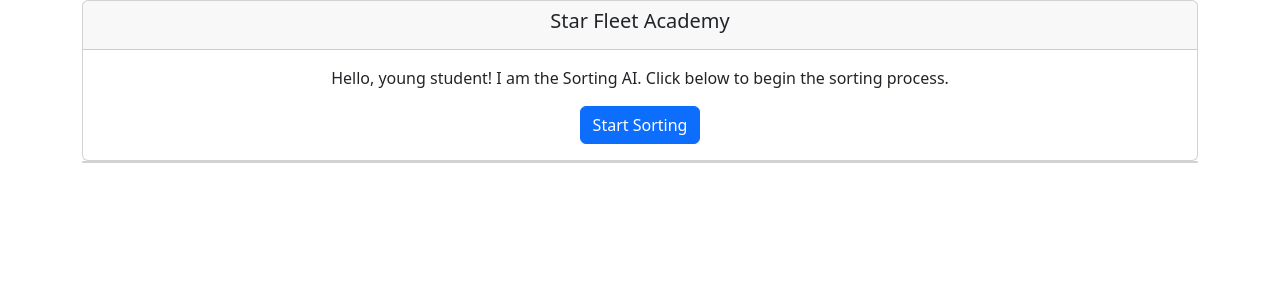
Repository: PaulPatterson48/ASSIGNMENT-StarFleet_academy
Page: index.html
An editor plug-in stored every save of this project. The page is shown before and after the next save, followed by the edit.
The browser window is 1280 px wide. The pictures show the whole page.

Above is the page before, as saved 2023-08-06 13:22:08.

### index.html
<!DOCTYPE html>
<html lang="en">
<head>
  <meta charset="UTF-8">
  <meta name="viewport" content="width=device-width, initial-scale=1.0">
  <title>Document</title>
  <link href="https://cdn.jsdelivr.net/npm/bootstrap@5.3.0/dist/css/bootstrap.min.css" rel="stylesheet" integrity="sha384-9ndCyUaIbzAi2FUVXJi0CjmCapSmO7SnpJef0486qhLnuZ2cdeRhO02iuK6FUUVM" crossorigin="anonymous">
  <link rel="stylesheet" href="main.css">
</head>
<body>
  <div filter button></div>
  <div class="container">
    <div id="sortingCadetCard" class="card text-center">
      <div class="card-header">
        <h5>Star Fleet Academy</h5>
      </div>
      <div class="card-body">
        <p>Hello, young student! I am the Sorting AI. Click below to begin the sorting process.</p>

        <button id="startSortingBtn" class="btn btn-primary">Start Sorting</button>
      </div>
      </div>
    </div>

    <div id="sortingForm" class="card text-center d-none">

      </div>
    </div>
    <div class="container">
      <!-- Sorting Hat Card -->
      <div class="card" id="sortingHatCard">
        <!-- ... Sorting Hat Card content ... -->
      </div>

      <!-- Student Sorting Form (Hidden by default) -->
      <div class="card mt-3" id="sortingFormCard" style="display: none;">
        <!-- ... Sorting Form Card content ... -->
        <div class="card-header">
          <h5>Student Sorting</h5>
        </div>
        <div class="card-body">
          <form id="studentForm">
            <div class="form-group">
              <label for="studentName">Student Name:</label>
              <input type="text" class="form-control" id="studentName" required>
            </div>

            <button id="sortStudentBtn" type="submit" class="btn btn-primary">Sort</button>
          </form>
      </div>

      <!-- Sorted Students Card (Generated dynamically) -->
      <div class="card mt-3" id="sortedStudentsCard">
        <!-- ... Sorted Students Card content ... -->
        <div id="sortedStudentsList"></div>
      </div>

      <!-- Moldy Voldy's Army (Generated dynamically) -->
      <div class="card mt-3" id="expelledStudentsCard">
        <!-- ... Expelled Students Card content ... -->
        <div id="expelledStudentsList"></div>
      </div>
    </div>


    <div id="sortedStudents" class="mt-4"></div>
    <script src="https://cdn.jsdelivr.net/npm/bootstrap@5.1.3/dist/js/bootstrap.bundle.min.js" integrity="sha384-ka7Sk0Gln4gmtz2MlQnikT1wXgYsOg+OMhuP+IlRH9sENBO0LRn5q+8nbTov4+1p" crossorigin="anonymous"></script>
    <script src="main.js"></script>
  </div>

</body>
</html>

### main.js
const starship = [
  {
    id:1,
    title: "enterprise",
    imageUrl: "/Users/paulpatterson/workspace/foundations/inclass/ASSIGNMENT-StarFleet-Academy/images/EnterpriseA.png",
    shipClass: "Constitution-class",
    message:"Congrats, you're on the Enterprise!",
    cadet: "",
    onboard: true
  },
  {
    id: 2,
    title:"voyager",
    imageUrl: "/Users/paulpatterson/workspace/foundations/inclass/ASSIGNMENT-StarFleet-Academy/images//image/Voyager.png",
    shipClass: "Intrepid-class",
    message:"Congrats, you're on the Voyager" ,
    cadet: "",
    onboard: true
  },
  {
    id: 3,
    title: "excalibur",
    imageUrl: "/Users/paulpatterson/workspace/foundations/inclass/ASSIGNMENT-StarFleet-Academy/images//image/USSExcalibur.png",
    shipClass: "Ambassador-class",
    message:"Congrats, you're Excalibur"  ,
    cadet: "",
    onboard: true
  },
  {
    id: 4,
    title: "excelsior",
    imageUrl: "/Users/paulpatterson/workspace/foundations/inclass/ASSIGNMENT-StarFleet-Academy/images//image/USSExcelsior.png",
    shipClass: "Excelsior-class",
    message:"Congrats, you're on Excelsior!" ,
    cadet: "",
    onboard: true
  },
  {
    id:5,
    title: "birdofprey",
    imageUrl: "/Users/paulpatterson/workspace/foundations/inclass/ASSIGNMENT-StarFleet-Academy/images//image/KlingonBirdOfPrey.png",
    shipClass: "B'rel-class",
    message:"Today is a good day to die",
    cadet: "",
    onboard: false
  }
];
//Array to store sorted students
const students = [];

//Array for Expelled Students
const expelledStudents = [];

function shuffleShips() {
  return selection = starship[Math.floor(Math.random() * starship.length)]

}



// Function to sort a student
function sortStudent(e) {
  e.preventDefault();
  const studentName = document.getElementById('studentName').value;
  const ships = shuffleShips();
  const randomShip= selection[1];



  // Add the student to the array of sorted students
  students.push({ name: studentName, ships: ships.title, message: ships.message});

  // Clear the form
  document.getElementById('studentForm').reset(); //found reset on https://www.w3schools.com/jsref/met_form_reset.asp

  // Display the sorted student cards
  displaySortedStudents();
}

// Function to display sorted students
function displaySortedStudents() {
  const sortedStudentsDiv = document.getElementById('sortedStudents');
  sortedStudentsDiv.innerHTML = '';

  students.forEach((student, index) => {
    const cardDiv = document.createElement('div');
    cardDiv.classList.add('card', 'text-center', 'mb-3');
    cardDiv.innerHTML = `
      <div class="card-body">
      <image
        <img src="${starship.imageUrl}" class = "card-img-top">
        <h5 class="card-title">${student.name}</h5>
        <p class="card-text">Ship: ${student.ships}</p>
        <p class="card-text">Message: ${student.message}</p>
        <button class="btn btn-danger" onclick="expelStudent(${index})">Expel</button>
      </div>
    `;
    sortedStudentsDiv.appendChild(cardDiv);
  });
}
//UPDATE / Expelled Students
const toggleCart = (e) => {
  if (e.target.id.includes("btn-danger")) {
    const [,id] = e.target.id.split('')
    const index = starship.findIndex(i => i.id === Number(id))

    starship[index].onboard = !starship[index].onboard
    renderCards(starship);
  }
}

const expelFilter = (e) =>{
  if(e.target.id.includes('expel')){
    const expel = starship.filter(ship => ship.onboard);
    renderCards(expel);
  }
}

//Filter Button Row
const filterButtons = () => {
  const domString = `
  <div class="d-flex flex-wrap justify-content-between mb-3">
  <button class="btn btn-secondary btn-lg buttonRow" id="all">all</button>
  <button class="btn btn-secondary btn-lg buttonRow" id="enterprise">Enterprise</button>
  <button class="btn btn-secondary btn-lg buttonRow" id="voyager">Voyager</button>
  <button class="btn btn-secondary btn-lg buttonRow" id="excalibur">Excalibur</button>
  <button class="btn btn-secondary btn-lg buttonRow" id="excelsior">Excelsior</button>
  </div>
  `;
  renderToDom('#filterContainer',domString);
};

// Function to expel a student
function expelStudent(index) {
  students.splice(index, 4);
  displaySortedStudents();
}

// Event listeners

document.getElementById('startSortingBtn').addEventListener('click', function() {
  document.getElementById('sortingCadetCard').classList.add('d-none');
  document.getElementById('sortingForm').classList.remove('d-none');
});

document.getElementById('studentForm').addEventListener('submit', sortStudent);

const startApp = () => {
  //document.getElementById('btnRow').addEventListener('click', buttonFilter)
};
startApp();

Loaded but not shown: main.css (no copy from this time; the picture is the same without it)

After the next save:
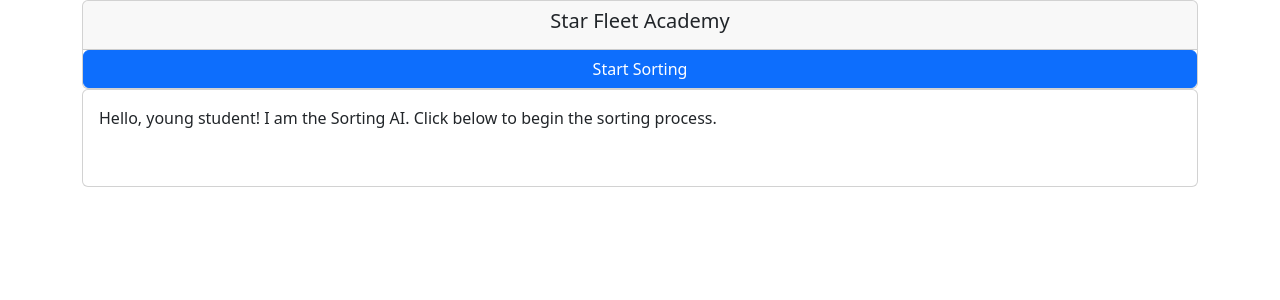
Saved 92 s later.
--- a/index.html
+++ b/index.html
@@ -14,8 +14,7 @@
       <div class="card-header">
         <h5>Star Fleet Academy</h5>
       </div>
-      <div class="card-body">
-        <p>Hello, young student! I am the Sorting AI. Click below to begin the sorting process.</p>
+
 
         <button id="startSortingBtn" class="btn btn-primary">Start Sorting</button>
       </div>
@@ -30,6 +29,8 @@
       <!-- Sorting Hat Card -->
       <div class="card" id="sortingHatCard">
         <!-- ... Sorting Hat Card content ... -->
+        <div class="card-body">
+          <p>Hello, young student! I am the Sorting AI. Click below to begin the sorting process.</p>
       </div>
 
       <!-- Student Sorting Form (Hidden by default) -->

After the save that followed:
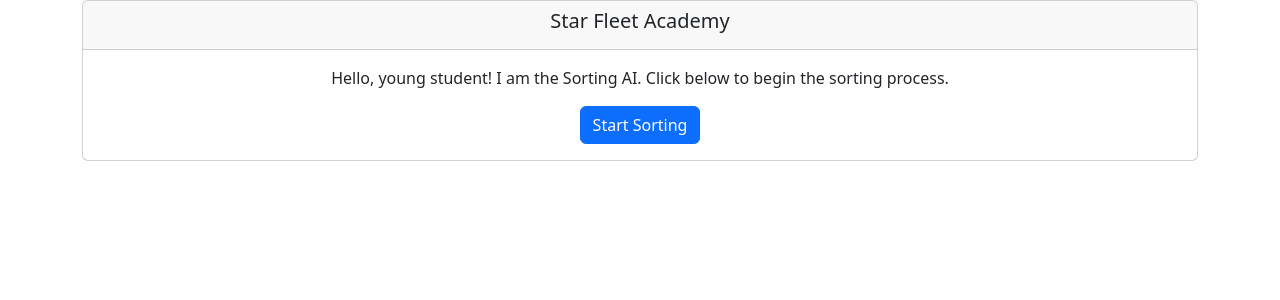
Saved 74 s later.
--- a/index.html
+++ b/index.html
@@ -8,61 +8,38 @@
   <link rel="stylesheet" href="main.css">
 </head>
 <body>
-  <div filter button></div>
   <div class="container">
     <div id="sortingCadetCard" class="card text-center">
       <div class="card-header">
         <h5>Star Fleet Academy</h5>
       </div>
-
-
+      <div class="card-body">
+        <p>Hello, young student! I am the Sorting AI. Click below to begin the sorting process.</p>
+        <!-- <div id="btnRow" class="d-flex justify-content-between mb-3 btnRow">
+        <button id="enterpriseBtn" type="submit" class="btn btn-primary">Enterprise</button>
+        <button id="voyagerBtn" type="submit" class="btn btn-primary">Voyager</button>
+        <button id="excaliburBtn" type="submit" class="btn btn-primary">Excalibur</button>
+        <button id="excelsiorBtn" type="submit" class="btn btn-primary">Excelsior</button> -->
         <button id="startSortingBtn" class="btn btn-primary">Start Sorting</button>
       </div>
       </div>
     </div>
 
     <div id="sortingForm" class="card text-center d-none">
+      <div class="card-header">
+        <h5>Student Sorting</h5>
+      </div>
+      <div class="card-body">
+        <form id="studentForm">
+          <div class="form-group">
+            <label for="studentName">Student Name:</label>
+            <input type="text" class="form-control" id="studentName" required>
+          </div>
 
+          <button id="sortStudentBtn" type="submit" class="btn btn-primary">Sort</button>
+        </form>
       </div>
     </div>
-    <div class="container">
-      <!-- Sorting Hat Card -->
-      <div class="card" id="sortingHatCard">
-        <!-- ... Sorting Hat Card content ... -->
-        <div class="card-body">
-          <p>Hello, young student! I am the Sorting AI. Click below to begin the sorting process.</p>
-      </div>
-
-      <!-- Student Sorting Form (Hidden by default) -->
-      <div class="card mt-3" id="sortingFormCard" style="display: none;">
-        <!-- ... Sorting Form Card content ... -->
-        <div class="card-header">
-          <h5>Student Sorting</h5>
-        </div>
-        <div class="card-body">
-          <form id="studentForm">
-            <div class="form-group">
-              <label for="studentName">Student Name:</label>
-              <input type="text" class="form-control" id="studentName" required>
-            </div>
-
-            <button id="sortStudentBtn" type="submit" class="btn btn-primary">Sort</button>
-          </form>
-      </div>
-
-      <!-- Sorted Students Card (Generated dynamically) -->
-      <div class="card mt-3" id="sortedStudentsCard">
-        <!-- ... Sorted Students Card content ... -->
-        <div id="sortedStudentsList"></div>
-      </div>
-
-      <!-- Moldy Voldy's Army (Generated dynamically) -->
-      <div class="card mt-3" id="expelledStudentsCard">
-        <!-- ... Expelled Students Card content ... -->
-        <div id="expelledStudentsList"></div>
-      </div>
-    </div>
-
 
     <div id="sortedStudents" class="mt-4"></div>
     <script src="https://cdn.jsdelivr.net/npm/bootstrap@5.1.3/dist/js/bootstrap.bundle.min.js" integrity="sha384-ka7Sk0Gln4gmtz2MlQnikT1wXgYsOg+OMhuP+IlRH9sENBO0LRn5q+8nbTov4+1p" crossorigin="anonymous"></script>
